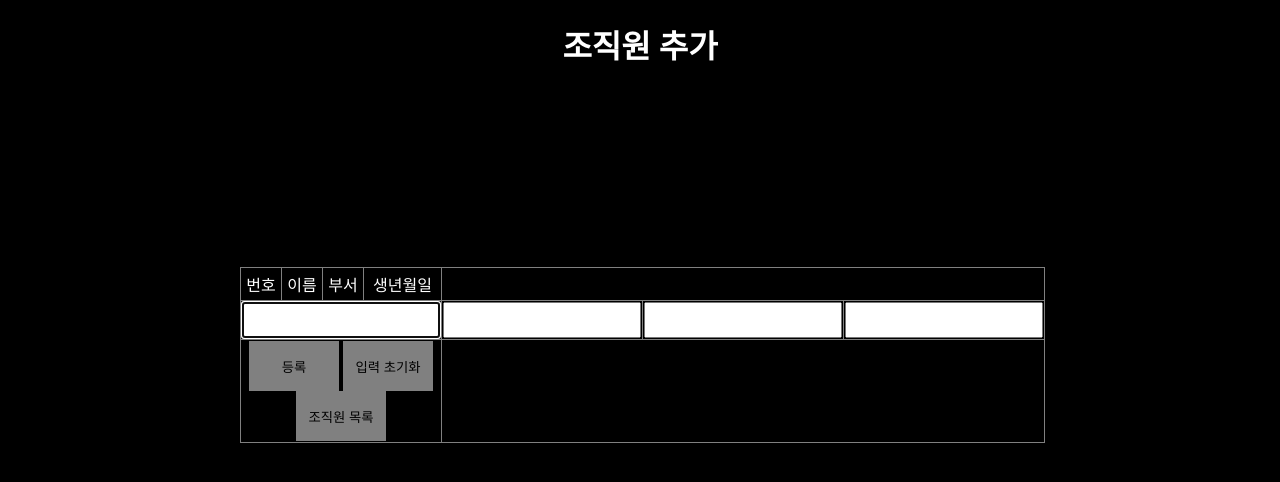
Repository: yangchunsick/JSPstudy
Page: http://localhost/YM/views/familyInsert.jsp
An editor plug-in stored every save of this project. The page is shown before and after the next save, followed by the edit.
The browser window is 1280 px wide. The pictures show the whole page.
The page is served by Tomcat 9. Other server files are loaded and not shown.

Above is the page before, as saved 2021-11-15 12:41:04.

### worksapce/YM/WebContent/views/familyInsert.jsp
<%@ page language="java" contentType="text/html; charset=UTF-8"
	pageEncoding="UTF-8"%>
<!DOCTYPE html>
<html>
<head>
<meta charset="UTF-8">
<title>Insert title here</title>
<style>
body {
	background-color: black;
	color: white;
}

.wrap {
	width: 800px;
	margin: 200px auto;
}

.title {
	text-align: center;
	color: white;
}

table {
	width: 100%;
	border-collapse: collapse;
}

td {
	height: 30px;
	border-top: 1px solid gray;
	border-bottom: 1px solid gray;
	text-align: center;
}

td input{
	width: 190px; height: 30px;
}

tfoot input {
	width: 90px;
	height: 50px;
	background-color: gray;
	border: 0;
}

tfoot input:hover {
	cursor: pointer;
	background-color: white;
}
</style>

</head>
<body>

				<h1 class="title">조직원 추가</h1>
	<div class="wrap">
		<form action="/YM/familyinsert.do" method="post">
			<table border="1">
				<thead>
					<tr>
						<td>번호</td>
						<td>이름</td>
						<td>부서</td>
						<td>생년월일</td>
					</tr>
				</thead>
				<tbody>
					<tr>
						<td colspan="4"><input type="text" name="num" autofocus></td>
						<td><input type="text" name="name"></td>
						<td><input type="text" name="depart"></td>
						<td><input type="text" name="birthday"></td>
					</tr>
				</tbody>
				<tfoot>
					<tr>
						<td colspan="4">
							<input type="submit" id="insert_btn" value="등록">
							<input type="reset" value="입력 초기화">
							<input type="button" value="조직원 목록" onClick="location.href = '/YM/familyList.do'">
						</td>
					</tr>
				</tfoot>
			</table>
		</form>
	</div>
</body>
</html>

After the next save:
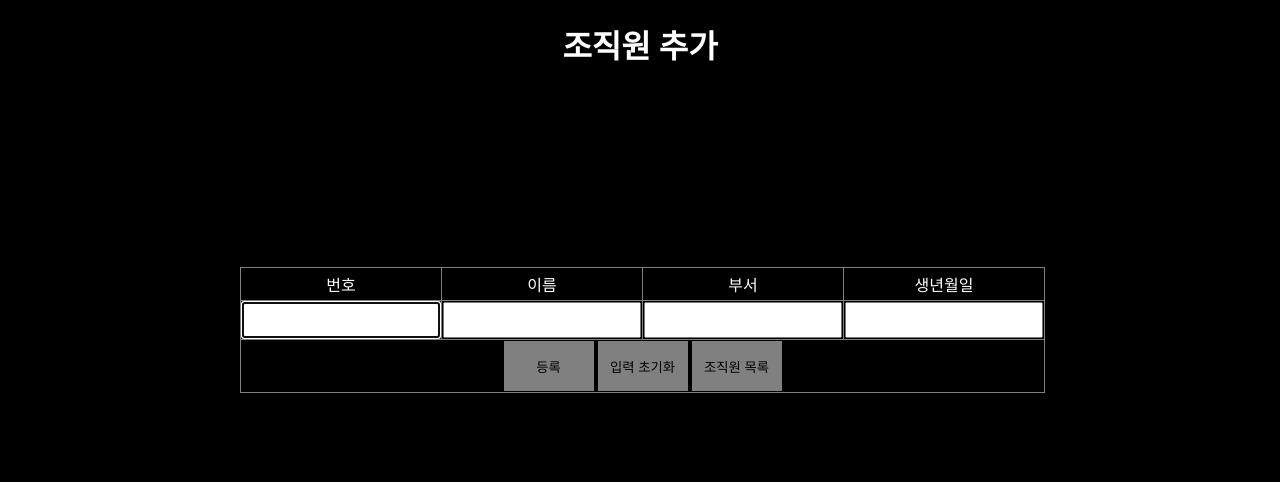
Saved 11 min 41 s later.
--- a/worksapce/YM/WebContent/views/familyInsert.jsp
+++ b/worksapce/YM/WebContent/views/familyInsert.jsp
@@ -67,7 +67,7 @@ tfoot input:hover {
 				</thead>
 				<tbody>
 					<tr>
-						<td colspan="4"><input type="text" name="num" autofocus></td>
+						<td><input type="text" name="num" autofocus></td>
 						<td><input type="text" name="name"></td>
 						<td><input type="text" name="depart"></td>
 						<td><input type="text" name="birthday"></td>
